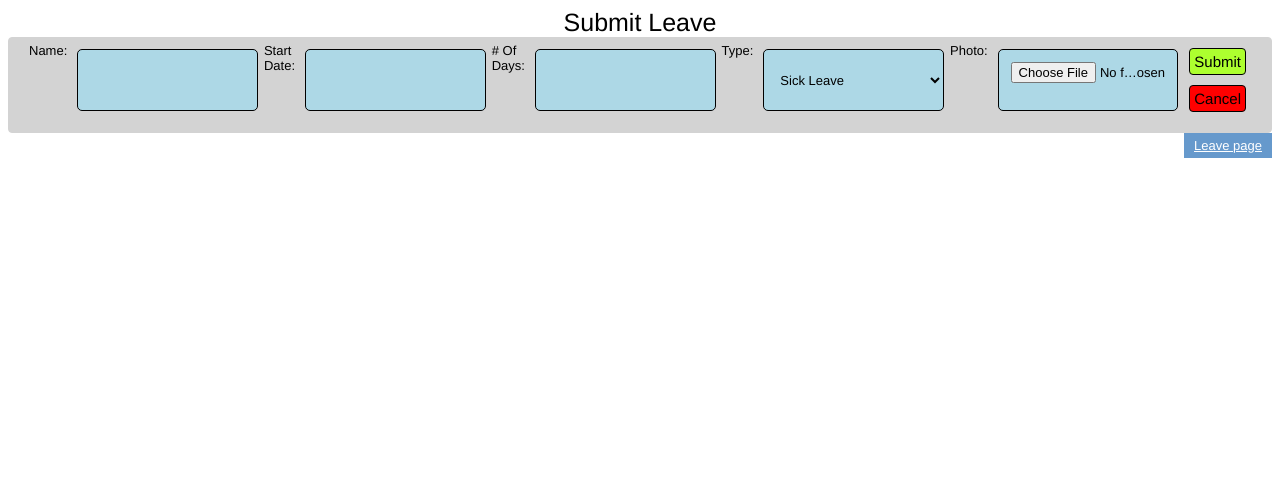
Repository: Murad71/BasicCRUD
Page: index.html
The author's editor kept a copy of each file at every save. The page is drawn from the files as they stood at one save, then again after the next save.
The browser window is 1280 px wide. The pictures show the whole page.

Above is the page before, as saved 2023-04-18 20:20:48.

After the next save:
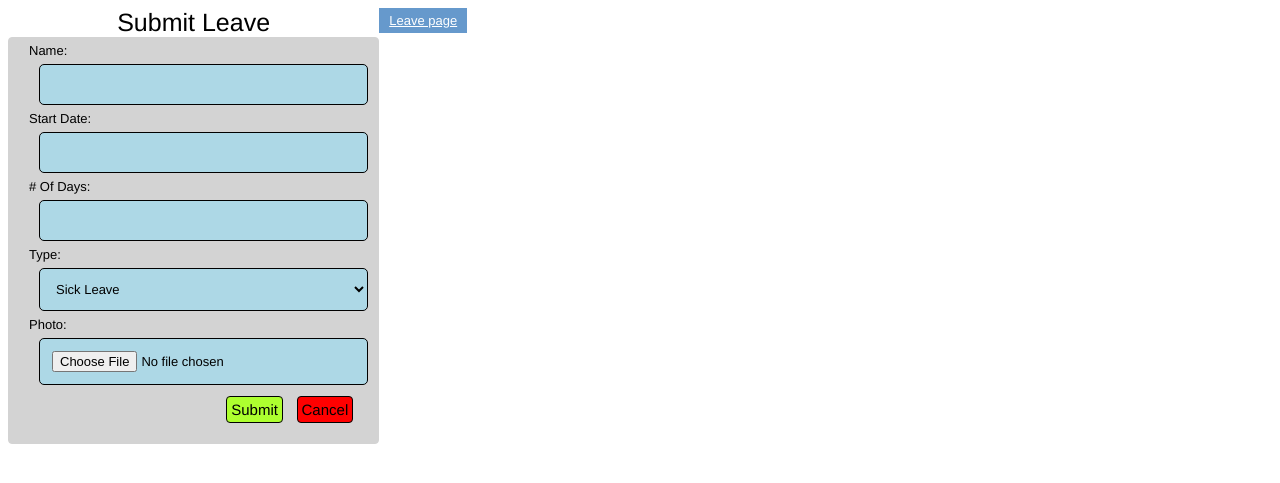
Saved 18 s later.
--- a/index.css
+++ b/index.css
@@ -4,20 +4,19 @@
   font-size: small;
 }
 
-
-/* .flex1
+.flex1
 {
   align-content: center;
   display: flex;
-} */
+}
 
 .container {
   background-color: lightgray;
   padding: 5px 20px 15px 20px;
   border: 1px solid lightgray;
   border-radius: 4px;
-   display: flex;
-  /* flex-direction: column;  */
+  /* display: flex;
+  flex-direction: column; */
   margin: 0 auto;
   width: 100%;
 }
